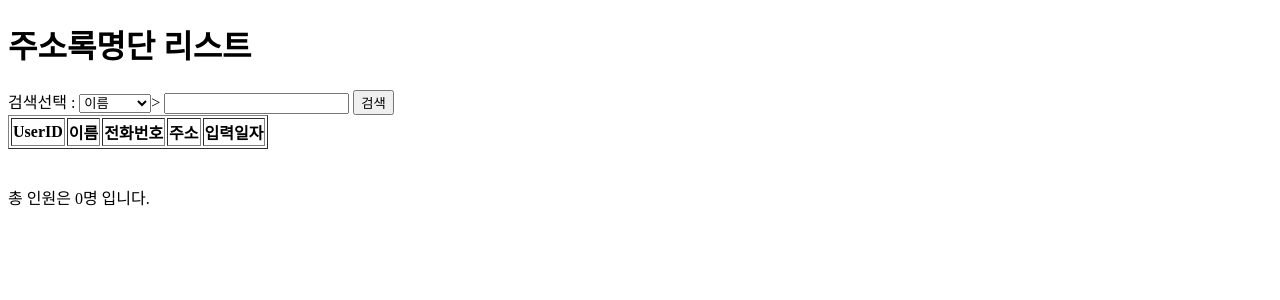
Repository: chanhooop/JSP
Page: http://localhost/CRUD/ABQuery.jsp
These files come from the project's save history. The page is drawn as it stood at one moment and after the next save; the edit follows.
The browser window is 1280 px wide. The pictures show the whole page.
The page is served by Tomcat 9. Queries for data that is not in the repository find no rows.

Above is the page before, as saved 2021-05-12 00:44:57.

### CRUD/src/main/webapp/ABQuery.jsp
<%@ page language="java" contentType="text/html; charset=UTF-8"
    pageEncoding="UTF-8"%>
    <%@page import="java.sql.*"%>
<!DOCTYPE html>
<html>
<head>
<meta charset="UTF-8">
<title>Insert title here</title>
</head>
<body>

<h1>주소록명단 리스트</h1>

<form action="ABQuery.jsp">
	검색선택 : <select name="condition">
			<option value="name">이름</option>
			<option value="tel">전화번호</option>
		</select>>
		<input type="text" name="search">
		<input type="submit" value="검색">


<%

//---데이터 베이스---

String url_mysql = "jdbc:mysql://localhost/customer?serverTimezone=Asia/Seoul&characterEncoding=utf8&useSSL=false";
String id_mysql = "root";
String pw_mysql = "qwer1234";

String whereStatement = "";
int cnt=0;



if(request.getParameter("search") == ""){
	whereStatement = "select userid,name,tel,address,insertdate from purchaserinsert";
}else{
	whereStatement = "select userid,name,tel,address,insertdate from purchaseinfo where "  + request.getParameter("condition") + " like '%" + request.getParameter("search")+"%' ";
}

try{
	Class.forName("com.mysql.cj.jdbc.Driver");
	Connection conn_mysql = DriverManager.getConnection(url_mysql, id_mysql,pw_mysql);
	Statement stmt_mysql = conn_mysql.createStatement();


	ResultSet rs = stmt_mysql.executeQuery(whereStatement);
%>

	<table border="1">
		<tr>
			<th>UserID</th><th>이름</th><th>전화번호</th><th>주소</th><th>입력일자</th>
		</tr>



<%
	while(rs.next()){
%>
	<tr>
		<td><%=rs.getString(1) %></td>
		<td><%=rs.getString(2) %></td>
		<td><%=rs.getString(3) %></td>
		<td><%=rs.getString(4) %></td>
		<td><%=rs.getString(5) %></td>
	</tr>
<%
		cnt++;
	}
%>
	</table>
<%
	conn_mysql.close();

}catch(Exception e){
	e.printStackTrace();
}
%>
<br><br>
총 인원은 <%=cnt %>명 입니다.

</form>

</body>
</html>

After the next save:
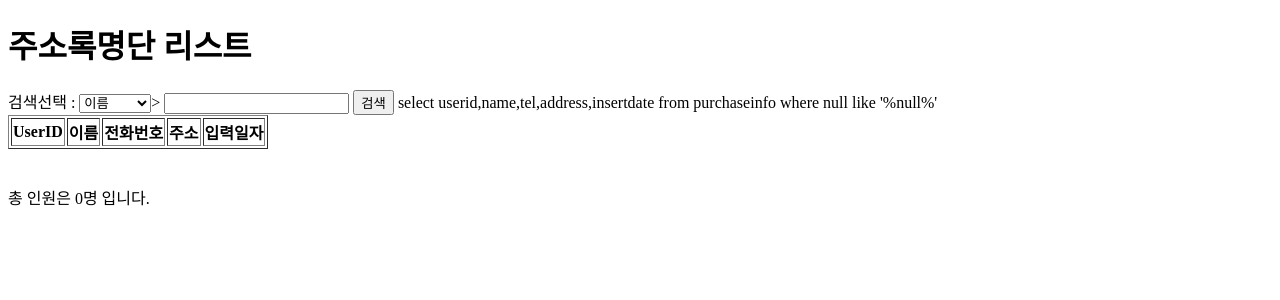
Saved 95 s later.
--- a/CRUD/src/main/webapp/ABQuery.jsp
+++ b/CRUD/src/main/webapp/ABQuery.jsp
@@ -1,3 +1,4 @@
+<%@page import="jdk.internal.misc.FileSystemOption"%>
 <%@ page language="java" contentType="text/html; charset=UTF-8"
     pageEncoding="UTF-8"%>
     <%@page import="java.sql.*"%>
@@ -37,6 +38,7 @@
 	whereStatement = "select userid,name,tel,address,insertdate from purchaserinsert";
 }else{
 	whereStatement = "select userid,name,tel,address,insertdate from purchaseinfo where "  + request.getParameter("condition") + " like '%" + request.getParameter("search")+"%' ";
+	out.println(whereStatement);
 }
 
 try{

After the save that followed:
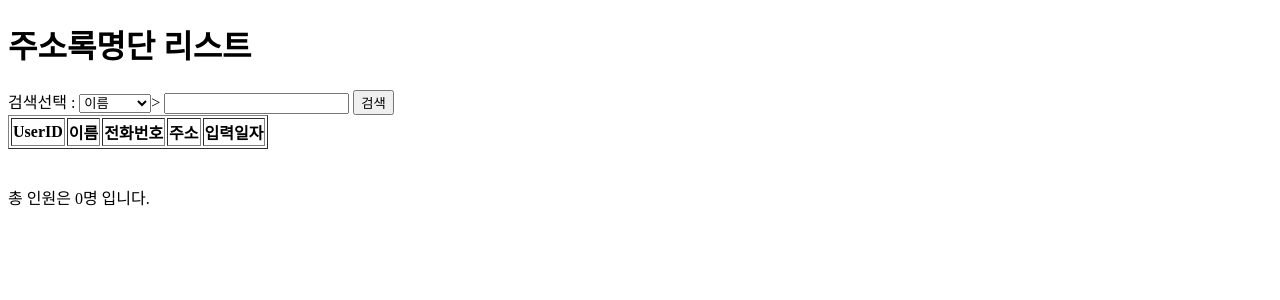
Saved 32 s later.
--- a/CRUD/src/main/webapp/ABQuery.jsp
+++ b/CRUD/src/main/webapp/ABQuery.jsp
@@ -37,8 +37,8 @@
 if(request.getParameter("search") == ""){
 	whereStatement = "select userid,name,tel,address,insertdate from purchaserinsert";
 }else{
-	whereStatement = "select userid,name,tel,address,insertdate from purchaseinfo where "  + request.getParameter("condition") + " like '%" + request.getParameter("search")+"%' ";
-	out.println(whereStatement);
+	whereStatement = "select userid,name,tel,address,insertdate from purchaserinsert where "  + request.getParameter("condition") + " like '%" + request.getParameter("search")+"%' ";
+
 }
 
 try{
